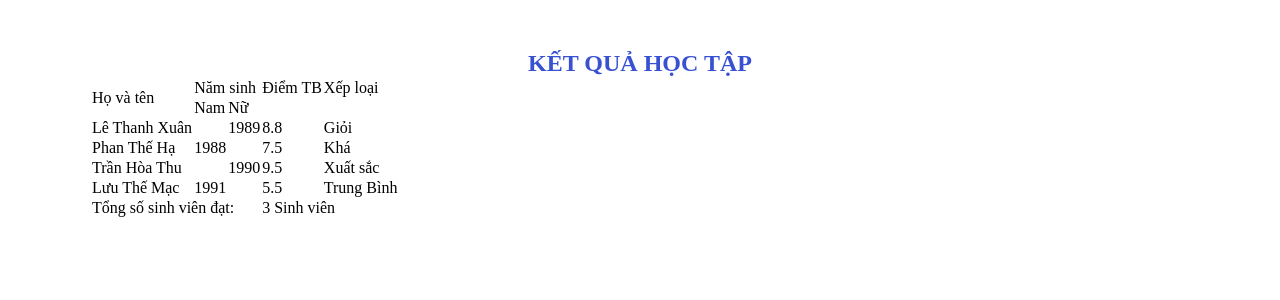
Repository: tuiladev/TKW
Page: Table/index.html
These files come from the project's save history. The page is drawn as it stood at one moment and after the next save; the edit follows.
The browser window is 1280 px wide. The pictures show the whole page.

Above is the page before, as saved 2022-03-15 23:43:54.

After the next save:
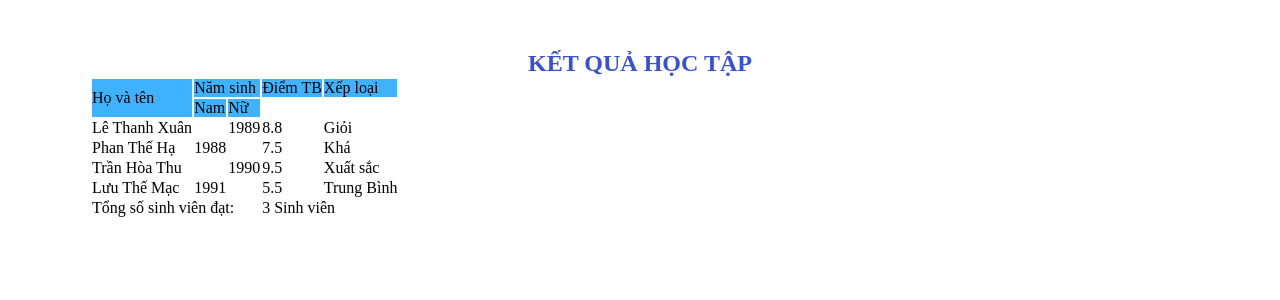
Saved 12 s later.
--- a/Table/index.html
+++ b/Table/index.html
@@ -21,7 +21,7 @@
         text-align: center;
         color: rgba(15, 43, 201, 0.829);
       }
-      thaed {
+      thead {
         background-color: rgb(63, 178, 255);
       }
     </style>
